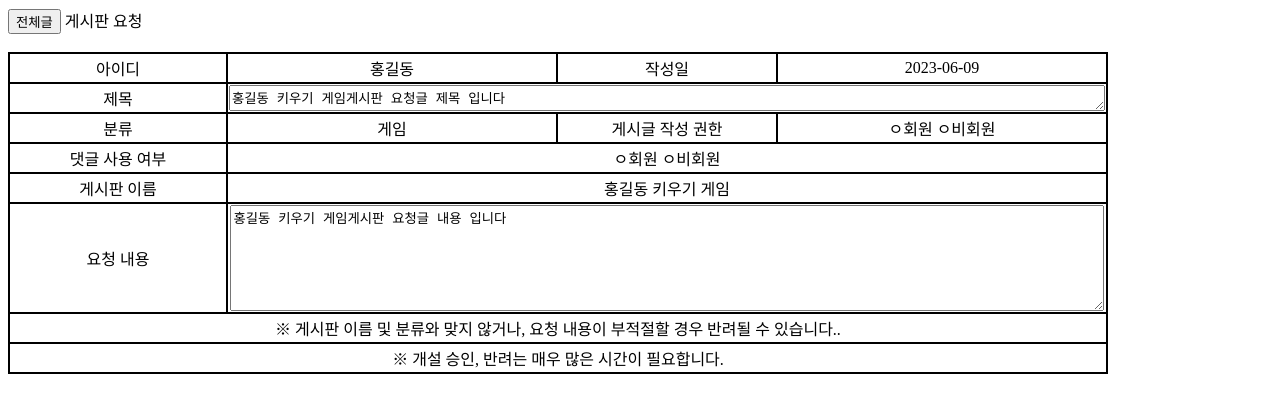
Repository: LJzero-dev/java-study
Page: http://localhost/ktbwos/bbs/request_view.jsp
These files come from the project's save history. The page is drawn as it stood at one moment and after the next save; the edit follows.
The browser window is 1280 px wide. The pictures show the whole page.
The page is served by Tomcat 9.

Above is the page before, as saved 2023-06-11 05:53:40.

After the next save:
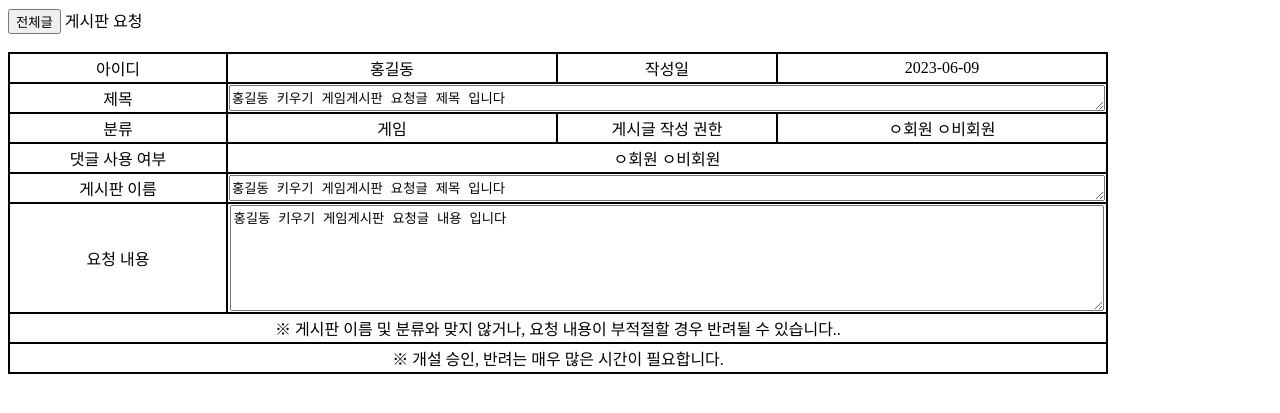
Saved 29 s later.
--- a/web/ktbwos/WebContent/bbs/request_view.jsp
+++ b/web/ktbwos/WebContent/bbs/request_view.jsp
@@ -45,7 +45,7 @@
 		</tr>
 		<tr>
 			<td>게시판 이름</td>
-			<td colspan="3">홍길동 키우기 게임</td>
+			<td colspan="3"><textarea style="width:870px; height:20px">홍길동 키우기 게임게시판 요청글 제목 입니다</textarea></td>
 		</tr>
 		<tr>
 			<td>요청 내용</td>
